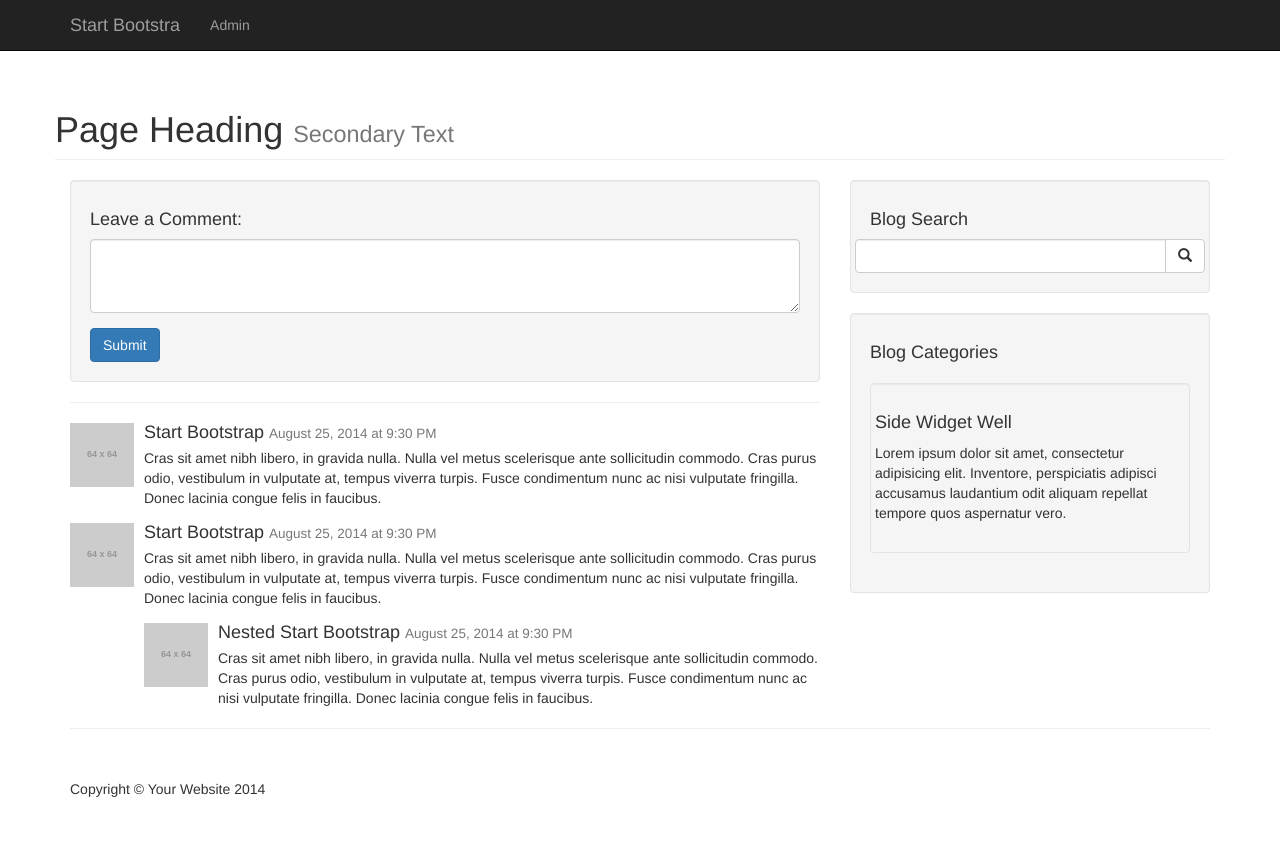
Repository: Mr-Robbit/CMS
Page: http://localhost/post.php
The author's editor kept a copy of each file at every save. The page is drawn from the files as they stood at one save, then again after the next save.
The browser window is 1280 px wide. The pictures show the whole page.
The page is run by PHP 8.4 with error messages shown; the project is at /var/www/html/. Queries for data that is not in the repository find no rows.

Above is the page before, as saved 2021-02-09 18:52:00.

After the next save:
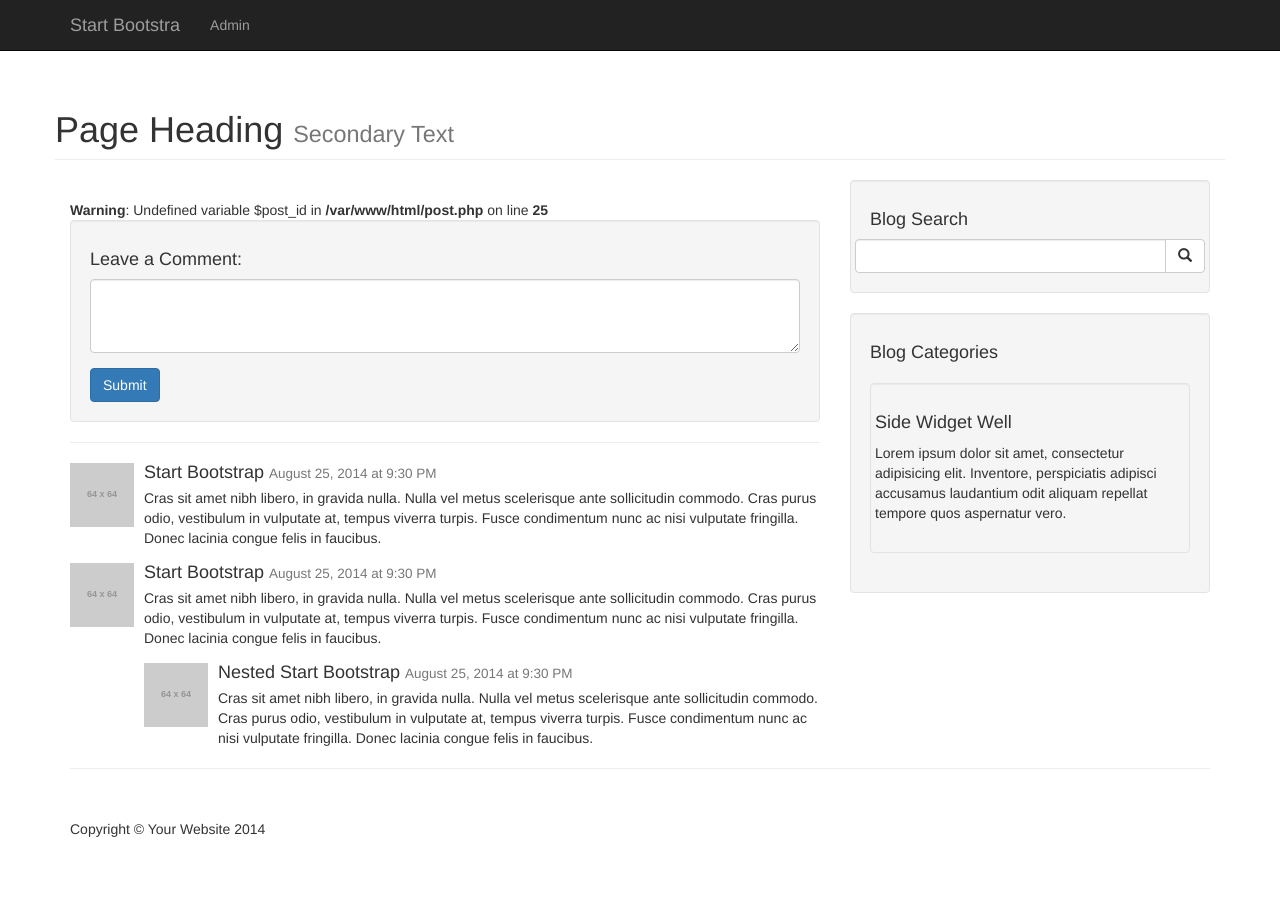
Saved 3 min 46 s later.
--- a/post.php
+++ b/post.php
@@ -18,7 +18,11 @@
             <!-- Blog Entries Column -->
             <div class="col-sm-6 col-md-8">
                 <?php
-                    $query = "SELECT * FROM posts";
+
+                if(isset($_GET['p_id'])){
+                    $post_id = $_GET['p_id'];
+                }
+                    $query = "SELECT * FROM posts WHERE post_id = '$post_id'";
                     $select_all_posts = mysqli_query($connection, $query);
 
                     while($row = mysqli_fetch_assoc($select_all_posts)){
